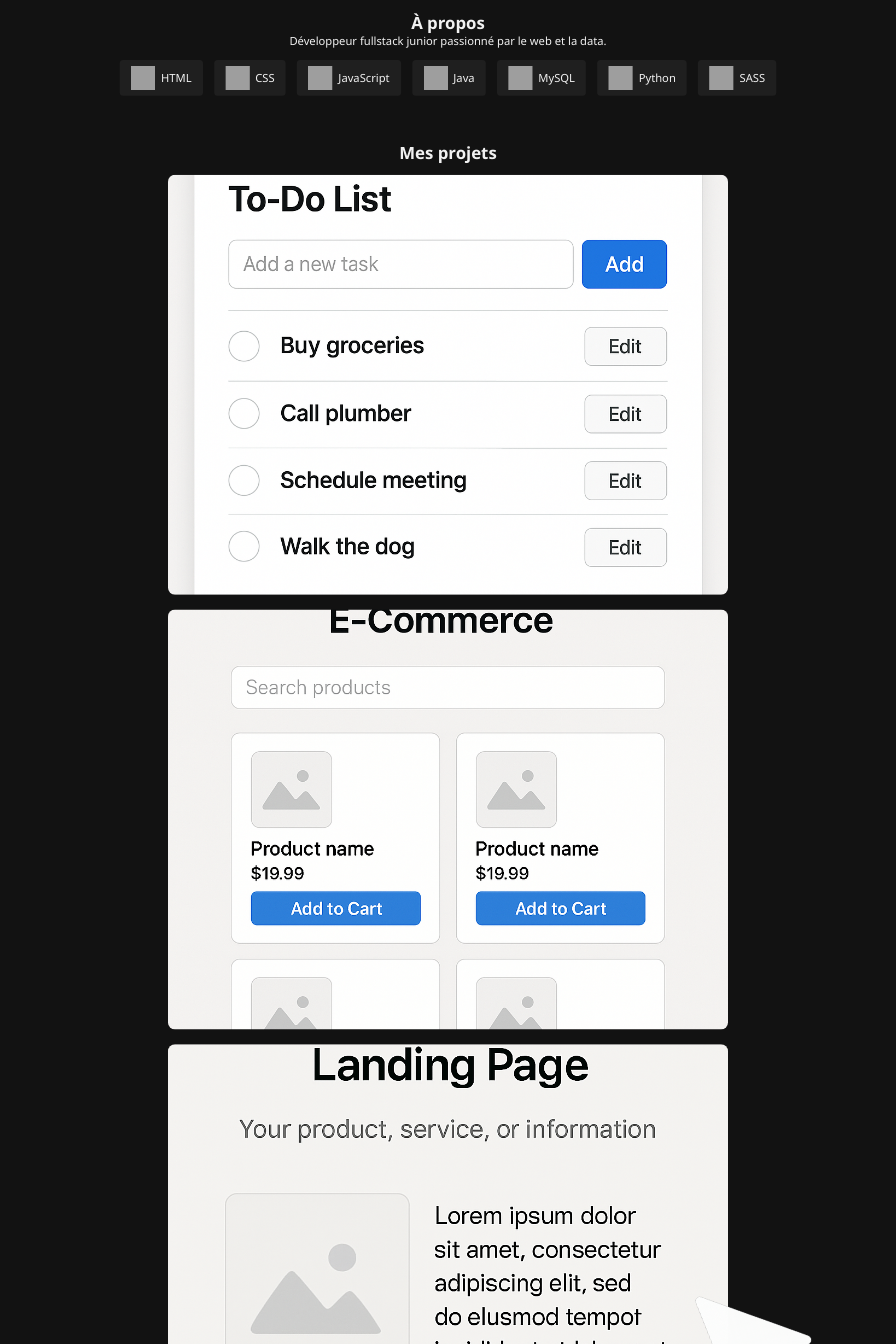
Repository: Yxniiss/ProjetCssAvance
Page: OneDrive/Bureau/Portfolio DrifYanis/home.html
The author's editor kept a copy of each file at every save. The page is drawn from the files as they stood at one save, then again after the next save.
The browser window is 1280 px wide. The pictures show the part of the page from y = 524 to 2444 px (the page is 3586 px tall before and 2339 px after), at 70% of full size.
Pictures or frames that could not be fetched are drawn as grey boxes.

Above is the page before, as saved 2025-04-10 19:26:58.

### OneDrive/Bureau/Portfolio DrifYanis/home.html
<!DOCTYPE html>
<html lang="fr">
<head>
  <meta charset="UTF-8" />
  <meta name="viewport" content="width=device-width, initial-scale=1.0" />
  <title>Portfolio - Yanis Drif</title>
  <link rel="stylesheet" href="/style.css" />
</head>
<body>
  <nav class="navbar">
    <div class="logo">Yanis Drif</div>
    <ul class="nav-links">
      <li><a href="#apropos">À propos</a></li>
      <li><a href="#projets">Projets</a></li>
      <li><a href="#cv">CV</a></li>
      <li><a href="#contact">Contact</a></li>
    </ul>
  </nav>

  <header class="hero">
    <img src="/image/IMG_0965 (2).jpeg" alt="Photo de profil" class="hero__image" />
    <div class="hero__content">
      <h1 class="hero__name">Yanis Drif</h1>
      <p class="hero__tagline">Développeur <span>Web</span> & Passionné de Data</p>
      <p class="hero__desc">Musique 🎧 | Jeux Vidéo 🎮 | Basket 🏀</p>
      <a href="#projets" class="btn">Voir mes projets</a>
    </div>
  </header>

  <section id="apropos" class="section about">
    <h2>À propos</h2>
    <p>Développeur fullstack junior passionné par le web et la data.</p>
    <div class="skills">
      <div class="skill"><img src="https://devicon-website.vercel.app/api/html5/original-wordmark.svg" alt="HTML">HTML</div>
      <div class="skill"><img src="https://devicon-website.vercel.app/api/css3/original-wordmark.svg" alt="CSS">CSS</div>
      <div class="skill"><img src="https://devicon-website.vercel.app/api/javascript/original.svg" alt="JavaScript">JavaScript</div>
      <div class="skill"><img src="https://devicon-website.vercel.app/api/java/original-wordmark.svg" alt="Java">Java</div>
      <div class="skill"><img src="https://devicon-website.vercel.app/api/mysql/plain-wordmark.svg" alt="MySQL">MySQL</div>
      <div class="skill"><img src="https://devicon-website.vercel.app/api/python/original-wordmark.svg" alt="Python">Python</div>
      <div class="skill"><img src="https://devicon-website.vercel.app/api/sass/original.svg" alt="SASS">SASS</div>
    </div>
  </section>

  <section id="projets" class="section projets">
    <h2>Mes projets</h2>
    <div class="projects carousel">
      <a href="https://eloquent-stardust-faed17.netlify.app/"><img src="image/ChatGPT Image 10 avr. 2025, 11_03_09.png" alt="Projet 1"/></a>
      <a href="https://challengeweb.netlify.app/"><img src="/image/ChatGPT Image 10 avr. 2025, 11_09_31.png" alt="Projet 2" /></a>
      <a href="https://landingpagecat.netlify.app/"><img src="/image/ChatGPT Image 10 avr. 2025, 11_11_38.png" alt="Projet 3" /></a>
    </div>
    <div class="cursor2">
      <img src="/image/fecd8f8b-00be-49a2-b5b1-3fb5a8c2059e.png">
    </div>
  </section>

  <section id="cv" class="section_cv">
    <div class="cv-container">
      <h2>Mon CV</h2>
      <a href="/doc/CV Yanis (1) (1).pdf" download class="btn2">Télécharger mon CV</a>
    </div>
  </section>

  <section id="contact" class="section_contact">
    <form id="contact-form" class="contact-form">
      <h2>Contact</h2>
      <input type="text" name="user_name" placeholder="Nom" required />
      <input type="email" name="user_email" placeholder="Email" required />
      <textarea name="message" placeholder="Message" required></textarea>
      <button type="submit">Envoyer</button>
    </form>
  </section>


  <footer>
    <p>&copy; 2025 Yanis Drif - Portfolio CSS Avancé</p>
  </footer>
</body>
</html>

### OneDrive/Bureau/Portfolio DrifYanis/style.css
* {
    margin: 0;
    padding: 0;
    box-sizing: border-box;
  }

  body {
    font-family: "Segoe UI", sans-serif;
    background-color: #121212;
    color: #f1f1f1;
  }


  .navbar {
    display: flex;
    justify-content: space-between;
    padding: 1rem 2rem;
    background-color: #1f1f1f;
  }

  .nav-links {
    display: flex;
    list-style: none;
    gap: 1.5rem;
  }

  .nav-links a {
    color: #00c2ff;
    text-decoration: none;
  }

  .hero {
    padding: 3rem 1rem;
    text-align: center;

  }









  .section {
    padding: 2rem 1rem;
    text-align: center;
  }

  .projects {
    display: flex;
    justify-content: center;
    gap: 1rem;
    flex-wrap: wrap;
    margin-top: 1rem;
  }

  .projects img {
    width: 800px;
    height: 600px;
    -o-object-fit: cover;
       object-fit: cover;
    border-radius: 10px;
  }

  .cursor2 img{
    width: 250px;
    position:relative;
    bottom:300px;
    left:450px;
    transform: rotate(-15deg);

  }

  .skills {
    display: flex;
    flex-wrap: wrap;
    gap: 1rem;
    justify-content: center;
    margin-top: 1rem;
  }

  .skill {
    display: flex;
    align-items: center;
    gap: 0.5rem;
    background-color: #1f1f1f;
    padding: 0.5rem 1rem;
    border-radius: 5px;
    transition: 0.3s ease, opacity 0.3s ease;
  }

  .skill:hover{
    transform: scale(1.2);
    opacity: 0.8;
  }

  .skill img {
    width: 35px;
    height: 35px;
  }

  footer {
    padding: 1rem;
    text-align: center;
    background-color: #1f1f1f;
    color: #aaa;
  }



  .btn:hover{
    box-shadow: 0 10px 20px rgba(255,0,102,0.5);
    transform: translateY(-3px);
    text-decoration: none;
  }

  .section_cv{
    padding: 2rem 1rem ;
    margin-top: -15rem;
  }
  .cv-container {
    text-align: center;
    margin: 3rem auto;
    display: flex;
    flex-direction: column;
    align-items: center;
    gap: 1rem;
  }

  .btn2 {
    padding: 15px 30px;
    font-size: 30px;
    color: white;
    background: linear-gradient(90deg, #ff0066, #ff6600);
    border: none;
    border-radius: 50px;
    cursor: pointer;
    box-shadow: 0 4px 15px rgba(255, 0, 102, 0);
    transition: box-shadow 0.3s ease, transform 0.3s ease;
    text-decoration: none;
  }

  .btn2:hover {
    box-shadow: 0 10px 20px rgba(255, 0, 102, 0.5);
    transform: translateY(-3px);
  }

  /* Responsive padding ajusté si besoin */
  @media (max-width: 768px) {
    .btn2 {
      font-size: 20px;
      padding: 12px 24px;
    }

    .cv-container h2 {
      font-size: 24px;
    }
  }


  #contact{
    padding: 70px;
    background:radial-gradient(circle, #fff, #121212)
  }
  .contact-form {
    max-width: 500px;
    margin: auto;
    padding: 70px;
    display: flex;
    flex-direction: column;
    gap: 1rem;
    background:radial-gradient(circle, #121212, #fff);
  }

  .contact-form input,
  .contact-form textarea {
    padding: 0.75rem;
    border: none;
    border-radius: 5px;
  }

  .contact-form button {
    background-color: #00c2ff;
    color: #000;
    padding: 0.75rem;
    border: none;
    border-radius: 5px;
    cursor: pointer;
  }

  .section_contact h2{
    text-align: center;
    padding-bottom: 10px;
  }


  .start h1{
    text-align: left;
    margin-top: 100px;
    font-size: 35px;
    margin-left: 100px;
  }

  .start h2{
    text-align: left;
    margin-top: 1px;
    font-size: 70px;
    margin-left: 100px;
  }

  .start h3{
    text-align: left;
    margin-top: 1px;
    font-size: 35px;
    margin-left: 100px;
  }

  #mot {
    color:#00c2ff;
  }

  #cursor{
    display: inline-block;
    width: 10px;
    background-color:black;
    animation: blink 0.8s step-end infinite;
  }

  @keyframes blink{
    50% {
      opacity: 0;
    }
  }

  @keyframes typing{
    from{
      width: 0;
    }
    to{
      width: 100%;
    }
  }

  #main{
    opacity: 0;
    transform: translateY(0);
    transition: opacity 5s ease, transform 5s ease;
  }

  body.loaded #main{
    opacity: 1;
    transform: translateY(0);
  }


  .start p{
    text-align: left;
    margin-left: 100px;
    margin-top: 20px;
    font-size: 20px;
  }

  .ntwrks {
    position: absolute;
    top: 410px;
    left: 110px;
    display: flex;
    flex-wrap: wrap;
    gap: 1rem;
  }

  .ntwrk {
    display: flex;
    align-items: center;
    gap: 0.5rem;
    background-color: #1f1f1f;
    padding: 1rem 1rem;
    border-radius: 100px;
    transition: 0.3s ease, opacity 0.3s ease;
  }

  .ntwrk:hover{
    transform: scale(1.2);
    opacity: 0.8;
  }

  .ntwrk img {
    width: 30px;
    height: 30px;
  }

  .modern-button{
    background-color:#00c2ff;
    font-size: 16px;
    font-weight: bold;
    border:none;
    padding: 15px 30px;
    border-radius: 25px;
    cursor: pointer;
    outline: none;
    position: relative;
    right:550px;
    top:120px;
    animation:glow 1.5s infinite alternate;
    transition: 0.3s ease, opacity 0.3s ease;
  }

  .modern-button a{
    color:white;
    text-decoration: none;
  }

  .modern-button:hover{
    transform: scale(1.2);
    opacity: 1;
  }

  @keyframes glow{
    0%{
      box-shadow: 0 0 10px 5px rgba(0, 194, 255, 0.6), 0 0 20px 10px rgba(0, 194, 255, 0.4);
    }
    100%{
      box-shadow: 0 0 20px 10px rgba(0, 194, 255, 1), 0 0 30px 15px rgba(0, 194, 255, 0.8);
    }
  }

  .image{
    max-width: 30%;
    position: relative;
    bottom: 350px;
    left: 350px;
  }

  /* Overlay de fond */
.modal {
  display: none; /* 👈 cachée par défaut */
  position: fixed;
  z-index: 1000;
  left: 0;
  top: 0;
  width: 100%;
  height: 100%;
  overflow: auto;
  background-color: rgba(0, 0, 0, 0.6); /* fond assombri */
}

/* Contenu de la modale */
.modal-content {
  background-color: #1f1f1f;
  margin: 10% auto;
  padding: 30px;
  border-radius: 10px;
  width: 90%;
  max-width: 400px;
  color: white;
}

/* Champs du formulaire */
input[type="email"],
input[type="password"] {
  width: 100%;
  padding: 10px;
  margin: 15px 0;
  border-radius: 5px;
  border: none;
}

.modal-content h4 {
  text-align: center;
  margin-bottom: 20px;
  font-size: 1.5rem;
  font-weight: 600;
}

.modal-content h4 {
  text-align: center;
  margin-bottom: 20px;
  font-size: 1.5rem;
  font-weight: 600;
}

.modal-content button {
  display: block;
  width: 100%;
  padding: 12px;
  margin-top: 15px;
  font-size: 1rem;
  border-radius: 25px;
  background-color: #00c2ff;
  color: white;
  border: none;
  cursor: pointer;
  transition: background-color 0.3s ease;
}

.modal-content button:hover {
  background-color: #00a6d6;
}

/* Bouton de fermeture */
.close {
  color: #aaa;
  float: right;
  font-size: 28px;
  font-weight: bold;
  cursor: pointer;
}
.close:hover {
  color: #fff;
}


.hero {
  display: flex;
  flex-direction: column;
  align-items: center;
  padding: 3rem 1rem;
  text-align: center;
}

.hero__image {
  border-radius: 25%;
  width: 250px;
  border: 1px solid #ffffff;
  margin-bottom: 1.5rem;
}

.hero__content {
  max-width: 600px;
}

.hero__name {
  font-size: 2.5rem;
  margin-bottom: 0.5rem;
}

.hero__tagline {
  font-size: 1.5rem;
  margin-bottom: 0.5rem;
}

.hero__desc {
  margin-bottom: 1.5rem;
}

.btn {
  padding: 1rem 2rem;
  font-size: 1.2rem;
  border-radius: 50px;
  background: linear-gradient(90deg, #ff0066, #ff6600);
  color: white;
  text-decoration: none;
  display: inline-block;
  transition: 0.3s ease;
}

.btn:hover {
  transform: translateY(-3px);
  box-shadow: 0 10px 20px rgba(255, 0, 102, 0.5);
}

@media (min-width: 768px) {
  .hero {
    flex-direction: row;
    justify-content: center;
    text-align: left;
    gap: 3rem;
  }

  .hero__content {
    text-align: left;
  }
}

.loading-screen {
  display: none; /* reste caché tant qu'on ne clique pas */
  position: fixed;
  z-index: 2000;
  top: 0; left: 0;
  width: 100%;
  height: 100%;
  background-color: #121212;
  color: white;
  flex-direction: column;
  align-items: center;
  justify-content: center;
  font-size: 1.2rem;
}


.spinner {
  border: 6px solid #f3f3f3;
  border-top: 6px solid #00c2ff;
  border-radius: 50%;
  width: 60px;
  height: 60px;
  animation: spin 1s linear infinite;
  margin-bottom: 20px;
}

@keyframes spin {
  0% { transform: rotate(0deg); }
  100% { transform: rotate(360deg); }
}

### OneDrive/Bureau/Portfolio DrifYanis/script.js
document.addEventListener('DOMContentLoaded', () => {
  // Scroll fluide
  document.querySelectorAll('a[href^="#"]').forEach(anchor => {
    anchor.addEventListener('click', function (e) {
      e.preventDefault();
      const target = document.querySelector(this.getAttribute('href'));
      if (target) {
        target.scrollIntoView({ behavior: 'smooth' });
      }
    });
  });

  // Carrousel automatique
  const images = document.querySelectorAll('.carousel img');
  let currentIndex = 0;

  function showSlide(index) {
    images.forEach((img, i) => {
      img.style.display = i === index ? 'block' : 'none';
    });
  }

  function nextSlide() {
    currentIndex = (currentIndex + 1) % images.length;
    showSlide(currentIndex);
  }

  if (images.length > 0) {
    showSlide(currentIndex);
    setInterval(nextSlide, 3000);
  }

  // Texte animé
  const mot = ["Etudiant", "Developpeur web", "Pasionné de code", "Developpeur fullstack"];
  let index = 0;
  const element = document.getElementById("mot");
  const cursor = document.getElementById("cursor");

  let typingInterval;
  let currentWord = "";
  let currentCharIndex = 0;

  function commencerTypingAnimation() {
    currentWord = mot[index];
    currentCharIndex = 0;
    element.textContent = '';

    typingInterval = setInterval(() => {
      element.textContent += currentWord.charAt(currentCharIndex);
      currentCharIndex++;

      if (currentCharIndex === currentWord.length) {
        clearInterval(typingInterval);
        setTimeout(changerMot, 1000);
      }
    }, 150);
  }

  function changerMot() {
    element.textContent = mot[index];
    index++;
    if (index === mot.length) {
      index = 0;
    }
    commencerTypingAnimation();
  }
  commencerTypingAnimation();

  // Chargement du body
  window.addEventListener('load', function () {
    document.body.classList.add('loaded');
  });

  // Login modal + chargement
  const modal = document.getElementById("loginModal");
  const btn = document.getElementById("openModal");
  const span = document.querySelector(".close");
  const emailField = document.getElementById("email");
  const passwordField = document.getElementById("password");
  const loginForm = document.getElementById("loginForm");
  const loadingScreen = document.getElementById("loadingScreen");

  btn.onclick = function () {
    modal.style.display = "block";
    typeWriter(emailField, "user@example.com", () => {
      typeWriter(passwordField, "monmotdepasse");
    });
  };

  span.onclick = function () {
    modal.style.display = "none";
  };

  window.onclick = function (event) {
    if (event.target == modal) {
      modal.style.display = "none";
    }
  };

  function typeWriter(element, text, callback) {
    let i = 0;
    element.value = "";
    const speed = 50;
    const interval = setInterval(() => {
      element.value += text.charAt(i);
      i++;
      if (i === text.length) {
        clearInterval(interval);
        if (callback) callback();
      }
    }, speed);
  }

  loginForm.addEventListener("submit", (e) => {
    e.preventDefault();
    modal.style.display = "none";
    loadingScreen.style.display = "flex";

    setTimeout(() => {
      window.location.href = "/home.html";
    }, 3000);
  });

  // Initialisation d'EmailJS
emailjs.init("TON_USER_ID"); // remplace par ton vrai User ID

// Gestion de l'envoi du formulaire de contact
const contactForm = document.getElementById("contact-form");

if (contactForm) {
  contactForm.addEventListener("submit", function(e) {
    e.preventDefault();

    emailjs.sendForm("TON_SERVICE_ID", "TON_TEMPLATE_ID", this)
      .then(() => {
        alert("✉️ Message envoyé avec succès !");
        contactForm.reset();
      }, (error) => {
        alert("❌ Erreur lors de l'envoi : " + JSON.stringify(error));
      });
  });
}

});

After the next save:
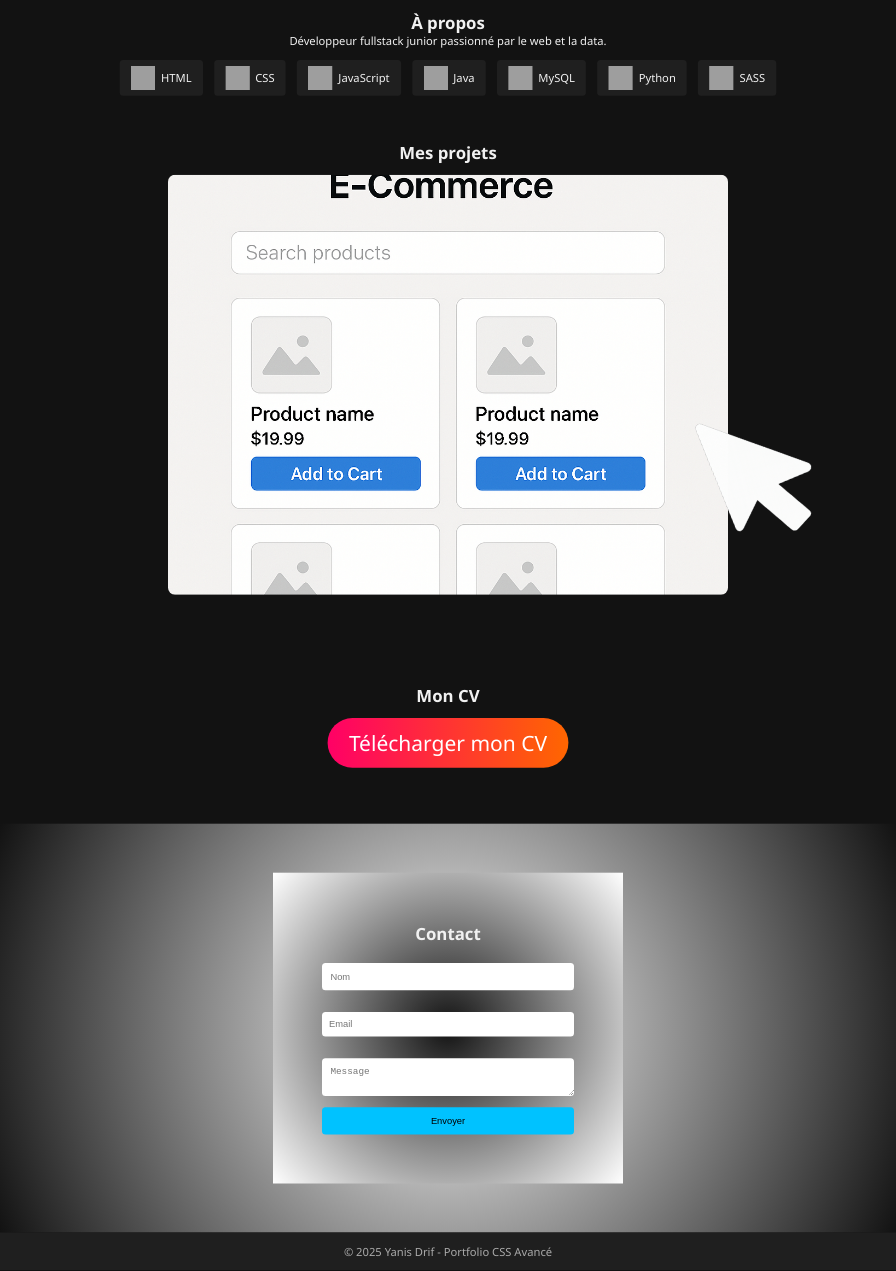
Console error: TypeError: Cannot set properties of null (setting 'textContent')
Saved 8 s later.
--- a/OneDrive/Bureau/Portfolio DrifYanis/home.html
+++ b/OneDrive/Bureau/Portfolio DrifYanis/home.html
@@ -74,5 +74,9 @@
   <footer>
     <p>&copy; 2025 Yanis Drif - Portfolio CSS Avancé</p>
   </footer>
+
+  <script defer src="/script.js"></script>
+  <script src="https://cdn.emailjs.com/dist/email.min.js"></script>
+
 </body>
 </html>
